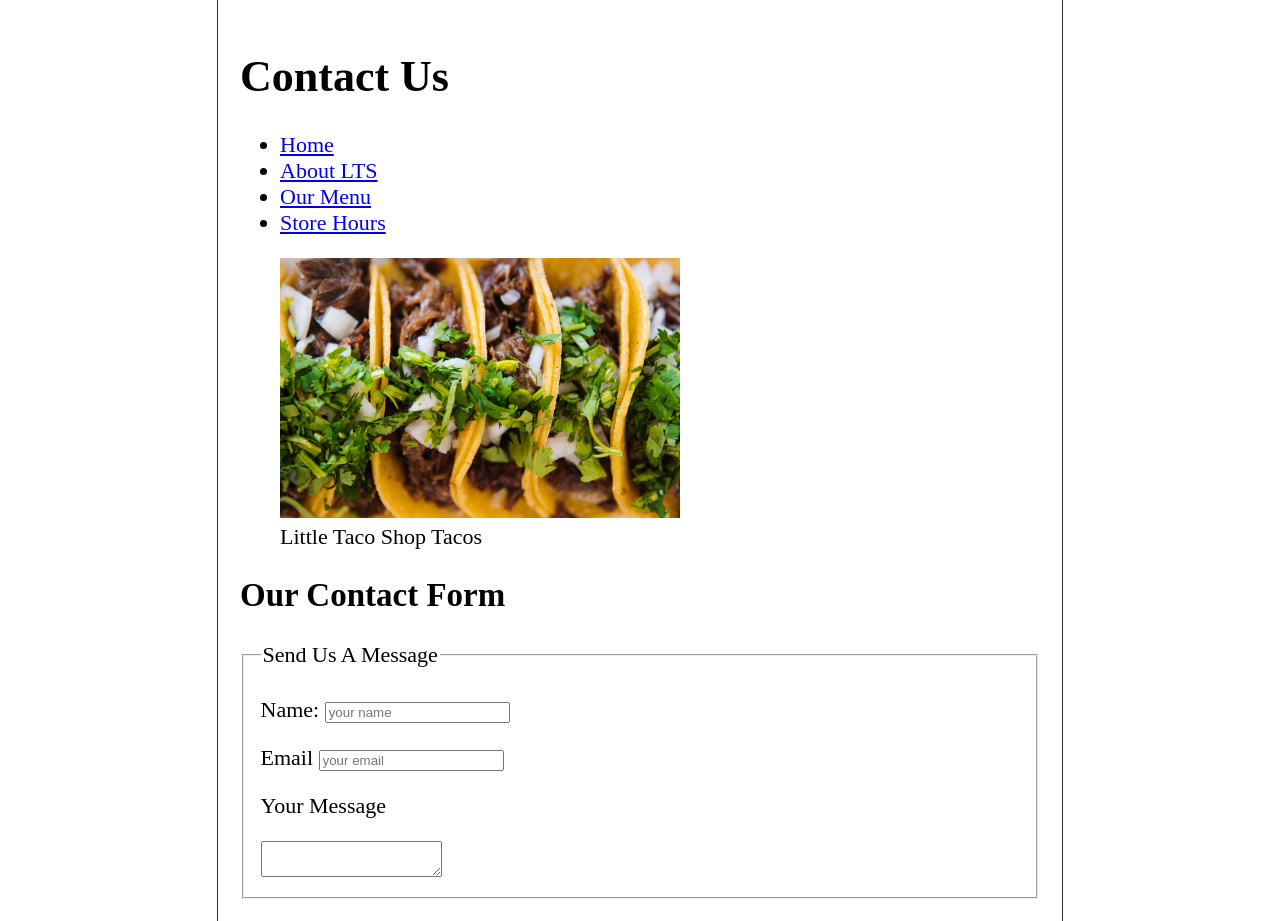
Repository: Israa-Odeh/html-basics-project
Page: contact.html
An editor plug-in stored every save of this project. The page is shown before and after a run of saves, followed by the edit.
The browser window is 1280 px wide. The pictures show the whole page.

Above is the page before, as saved 2024-08-20 03:07:07.

After the next 2 saves:
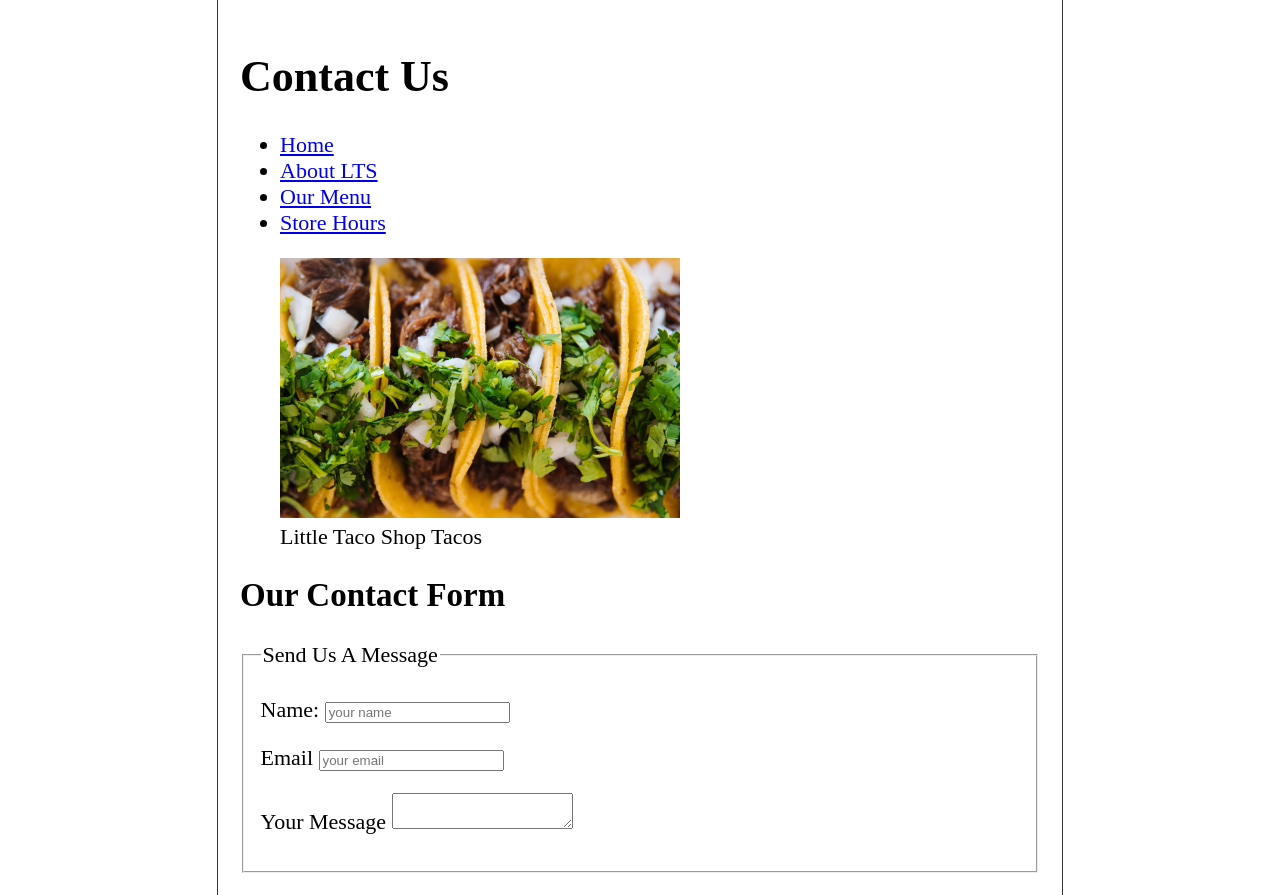
The 2 saves are shown as one change because they came seconds apart.
The last was saved 13 s later.
--- a/contact.html
+++ b/contact.html
@@ -50,8 +50,8 @@
                     <label for="email">Email</label>
                     <input type="email" id="email" name="email" placeholder="your email" required autocomplete="email">
                 </p>
-                <p>Your Message</p>
-                <textarea name="messgae" id="message"></textarea>
+                <p>Your Message <textarea name="messgae" id="message"></textarea></p>
+
             </fieldset>
         </form>
 

After the save that followed:
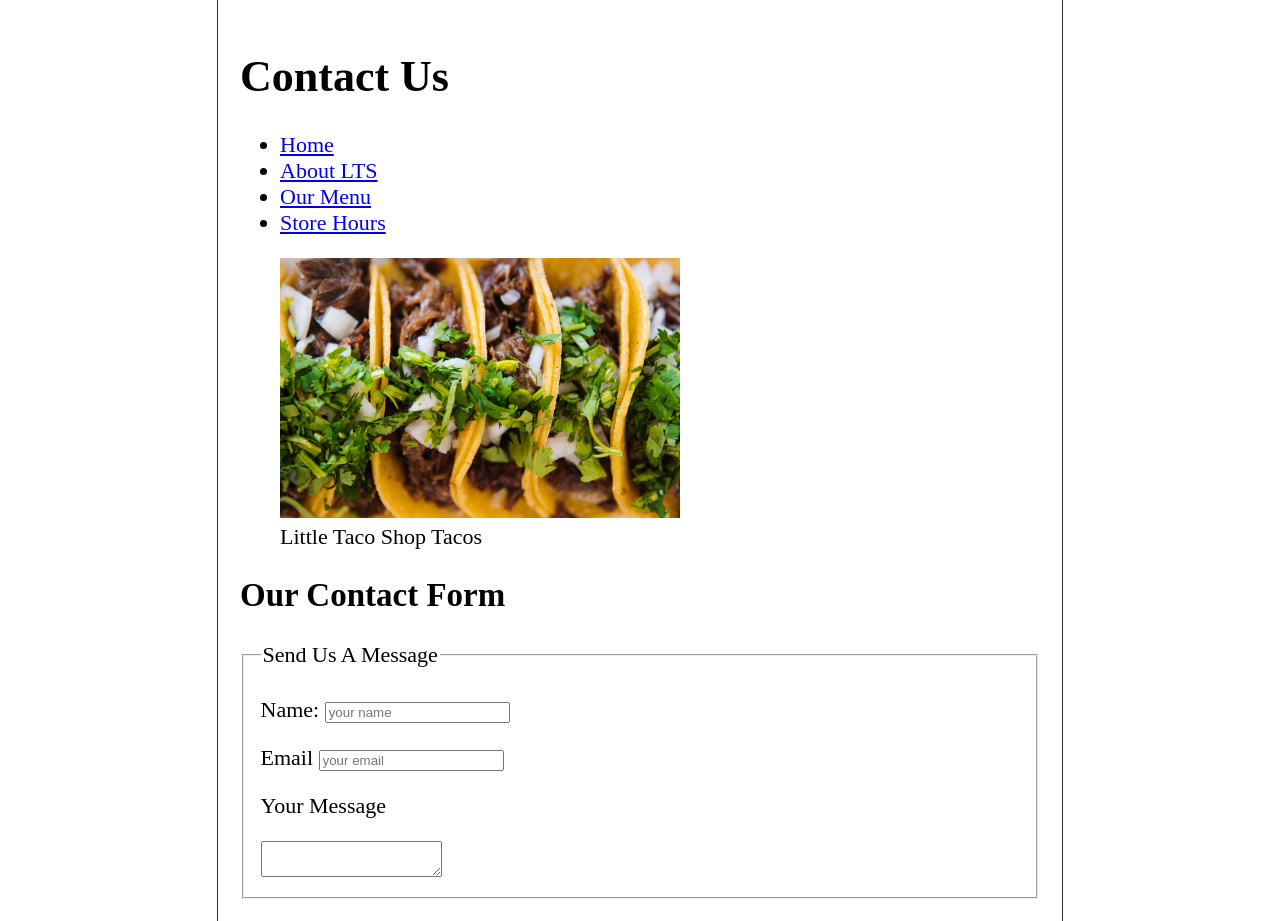
Saved 7 s later.
--- a/contact.html
+++ b/contact.html
@@ -50,8 +50,8 @@
                     <label for="email">Email</label>
                     <input type="email" id="email" name="email" placeholder="your email" required autocomplete="email">
                 </p>
-                <p>Your Message <textarea name="messgae" id="message"></textarea></p>
-
+                <p>Your Message</p>
+                <textarea name="messgae" id="message"></textarea>
             </fieldset>
         </form>
 
